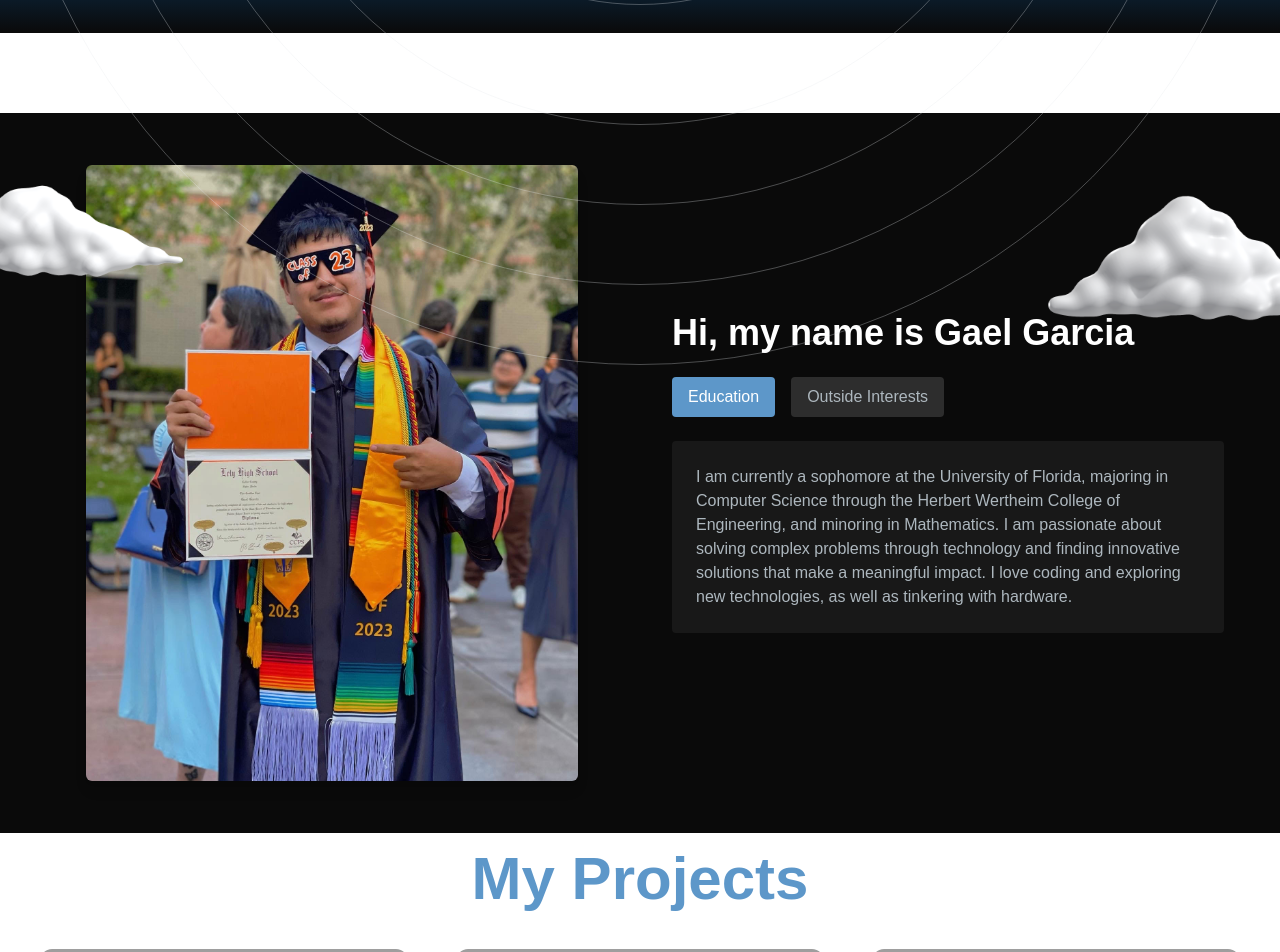
Repository: GG1627/2d-portfolio
Page: /
An editor plug-in stored every save of this project. The page is shown before and after the next save, followed by the edit.
The browser window is 1280 px wide. The pictures show the part of the page from y = 687 to 1639 px (the page is 5640 px tall).
Pictures or frames that could not be fetched are drawn as grey boxes. The project was rebuilt for these pictures with package versions that can differ from the ones it lists, and the page was loaded fresh each time. The framework's server and built-in components were replaced by stand-ins that run in the browser. Also part of the build but not shown: next.config.ts.

Above is the page before, as saved 2025-01-08 11:28:21.

After the next save:
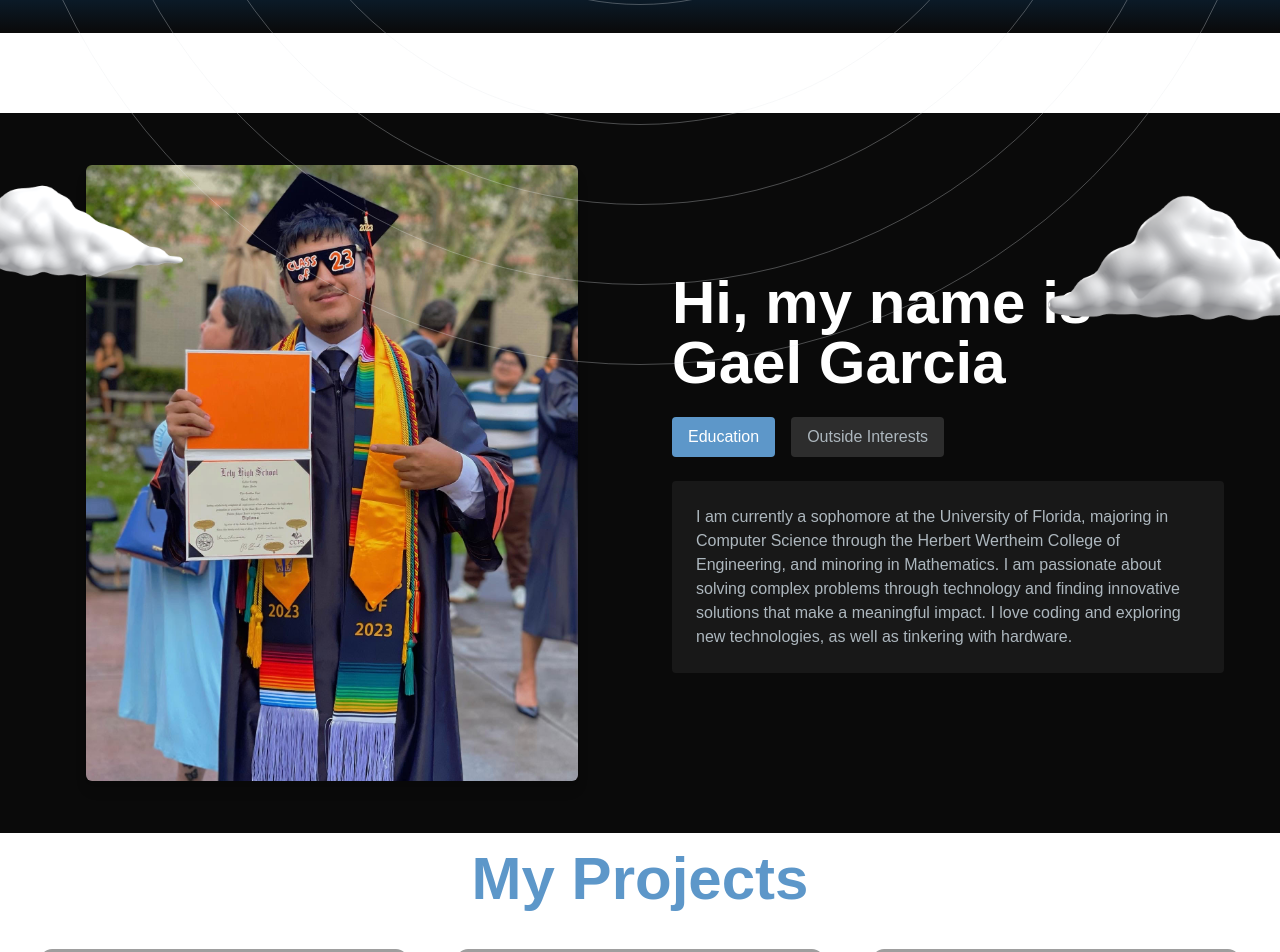
Saved 37 s later.
--- a/app/sections/About.tsx
+++ b/app/sections/About.tsx
@@ -24,7 +24,7 @@
       {/* Right Section: Content */}
       <div className="flex-grow md:basis-1/2 flex flex-col justify-center items-start p-8">
         {/* Greeting */}
-        <h1 className="text-4xl font-bold mb-6">Hi, my name is Gael Garcia</h1>
+        <h1 className="text-6xl font-bold mb-6">Hi, my name is Gael Garcia</h1>
 
         {/* Tabs */}
         <div className="flex space-x-4 mb-6">
